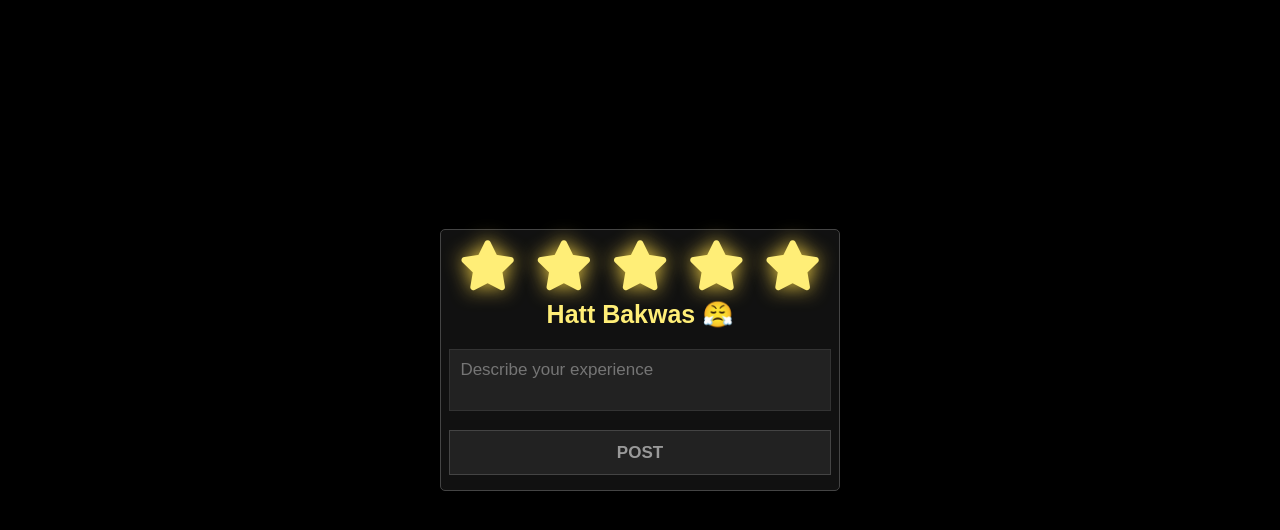
Repository: Suryansh-D/Star-Ratings
Page: index.html
The author's editor kept a copy of each file at every save. The page is drawn from the files as they stood at one save, then again after the next save.
The browser window is 1280 px wide. The pictures show the whole page.
The first `#rate-5` is checked.

Above is the page before, as saved 2024-02-03 10:18:28.

### index.html
<!DOCTYPE html>
<html lang="en">
<head>
    <meta charset="UTF-8">
    <meta name="viewport" content="width=device-width, initial-scale=1.0">
    <title>Document</title>
</head>
<link rel="stylesheet" href="style.css">
<link rel="stylesheet" href="https://cdnjs.cloudflare.com/ajax/libs/font-awesome/5.15.3/css/all.min.css">
<body>
    <div class="container">
        <div class="stars">
            <input type="radio" name="rate" id="rate-5">
            <label for="rate-5" class="fas fa-star"></label>
            <input type="radio" name="rate" id="rate-4">
            <label for="rate-4" class="fas fa-star"></label>
            <input type="radio" name="rate" id="rate-3">
            <label for="rate-3" class="fas fa-star"></label>
            <input type="radio" name="rate" id="rate-2">
            <label for="rate-2" class="fas fa-star"></label>
            <input type="radio" name="rate" id="rate-1">
            <label for="rate-1" class="fas fa-star"></label>
            <form action="#">
                <header></header>
                <div class="textarea">
                <textarea cols="30" placeholder="Describe your experience"></textarea>
                </div>
                    <div class="btn">
                        <button type="submit">Post</button>
                        </div>
                 </form>
        </div>
    </div>
    <script></script>
</body>
</html>

### style.css
@import url('https://fonts.googleapis.com/css?family=Roboto:400,700');
* {
  margin: 0;
  padding: 0;
  box-sizing: border-box;
  font-family:'Poppins', sans-serif;
}
html, body {
  height: 100%;
  background-color: #000;
  place-items: center;
  display: grid;
  text-align: center;
}

.container {
  width: 400px;
  background: #111;
    padding: 20px , 30px;
    border: 1px solid #444;
    border-radius: 5px;
    display: flex;
    flex-direction: column;
    align-items: center;
    justify-content: center;
}
.container .stars input{
    display: none;
}
.stars label{
    font-size: 50px;
    color: #444;
    cursor: pointer;
    transition: all 0.2s ease;
    float: right;
    padding: 10px;

}
.stars input:not(:checked) ~ label:hover ,
.stars input:not(:checked) ~ label:hover ~ label{
    color: #ffcc00;
}
.stars input:checked ~ label{
    color: #ffcc00;
}
input#rate-5:checked ~ label{
    color: #fe7;
    text-shadow: 0 0 20px #f1cf45;
}
input#rate-4:checked ~ label{
    color: #fe7;
    text-shadow: 0 0 20px #f1cf45;
}
input#rate-3:checked ~ label{
    color: #fe7;
    text-shadow: 0 0 20px #f1cf45;
}
input#rate-2:checked ~ label{
    color: #fe7;
    text-shadow: 0 0 20px #f1cf45;
}
input#rate-1:checked ~ label{
    color: #fe7;
    text-shadow: 0 0 20px #f1cf45;
}

#rate-1:checked ~ form header:before{
    content: "Hatt Bakwas 😤";

}
#rate-2:checked ~ form header:before{
    content: "Bekaar 😒";
}
#rate-3:checked ~ form header:before{
    content: "Theek hi hai 🙂";
}
#rate-4:checked ~ form header:before{
    content: "Wah yaar😏";
}
#rate-5:checked ~ form header:before{
    content: "Hatt Bakwas 😤";
}


form header{
    width:100%;
    font-size: 25px;
    color: #fe7;
    font-weight: 700;
    margin: 5px 0 20px 0;
    text-align: center;
    transition: all 0.2s ease;
}

form .textarea{
    width: 100%;
   height: 100%;
   overflow: hidden;
}
form .textarea textarea{
    height: 100%;
    width:100%;
    outline: none;
    color: #fff;
    border: 1px solid #333;
    background: #222;
    padding: 10px;
    font-size: 17px;
    resize: none;
}
form .btn{
  height: 45px;
  width: 100%;
  margin: 15px 0;
}
form .btn button{
    width: 100%;
    height: 100%;
    border: 1px solid #444;
    outline: none;
    background: #222;
    color: #999;
    font-size: 20px;
    font-weight: 700;
    cursor: pointer;
    transition: all 0.2s ease;
    font-size: 17px;
    text-transform: uppercase;
}
form .btn button:hover{
    background: #1b1b1b;
    color: #fff;
}

After the next save:
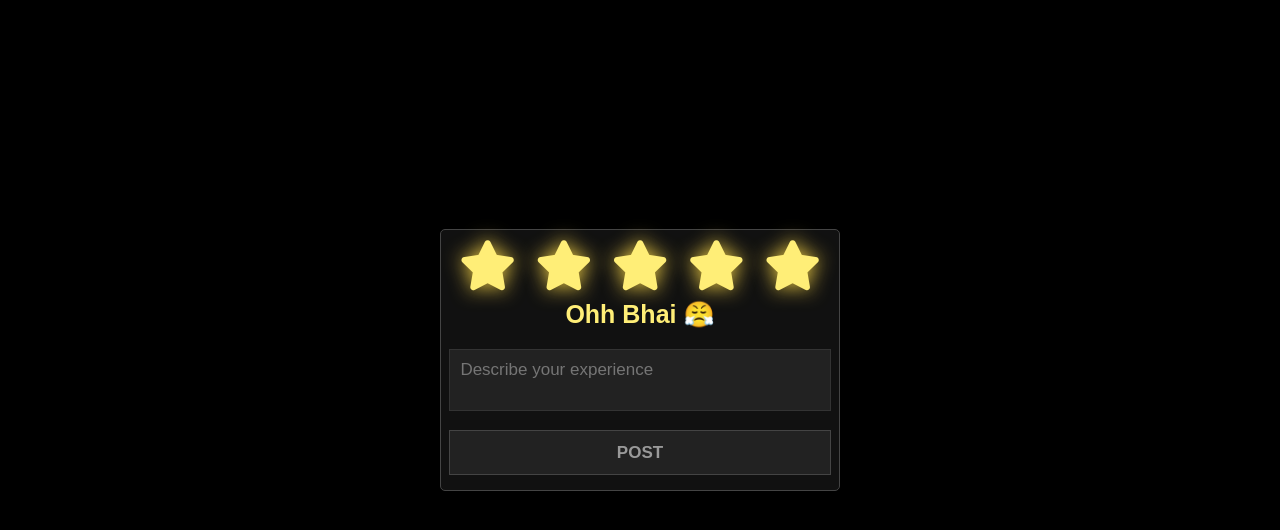
Saved 8 s later.
--- a/style.css
+++ b/style.css
@@ -78,7 +78,7 @@ input#rate-1:checked ~ label{
     content: "Wah yaar😏";
 }
 #rate-5:checked ~ form header:before{
-    content: "Hatt Bakwas 😤";
+    content: "Ohh Bhai 😤";
 }
 
 
